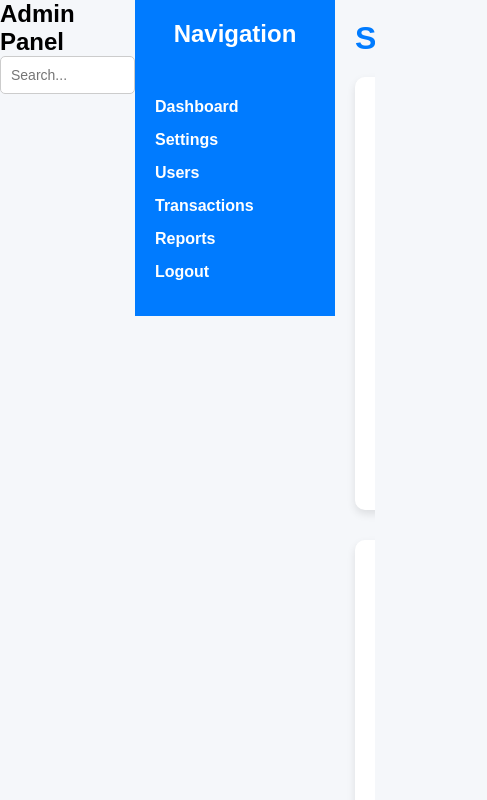
Repository: 2025silverx/slivedrX
Page: setting.html
The author's editor kept a copy of each file at every save. The page is drawn from the files as they stood at one save, then again after the next save.
The browser window is 375 px wide. The page is 375 px wide, then 487 px, so the pictures cover 487 px, including what lies to the right of the window. The pictures show the whole page.

Above is the page before, as saved 2025-01-05 00:18:11.

After the next save:
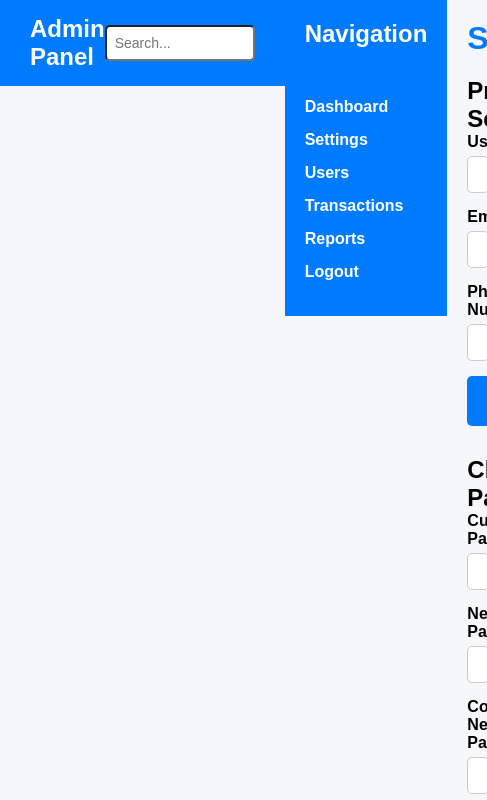
Saved 25 s later.
--- a/settings.css
+++ b/settings.css
@@ -49,10 +49,32 @@ body {
     color: #f0f0f0;
 }
 
+/* Header / Top Navigation Bar styles */
+.header {
+    width: 100%;
+    background-color: #007bff;
+    color: white;
+    padding: 15px 30px;
+    display: flex;
+    justify-content: space-between;
+    align-items: center;
+}
+
+.header-left h2 {
+    margin: 0;
+}
+
+.header-right .search-bar {
+    padding: 8px;
+    font-size: 14px;
+    border-radius: 5px;
+}
+
 /* Main content area */
 .main-content {
     flex: 1;
     padding: 30px;
+    margin-left: 250px; /* Leave space for sidebar */
     overflow-y: auto;
 }
 
@@ -61,70 +83,67 @@ h1 {
     margin-bottom: 20px;
 }
 
-/* Settings section styles */
+/* Form section styles */
 .settings-section {
-    background-color: white;
-    padding: 20px;
-    border-radius: 10px;
-    box-shadow: 0 4px 8px rgba(0, 0, 0, 0.1);
     margin-bottom: 30px;
 }
 
-.settings-section h2 {
-    color: #007bff;
+.settings-form .form-group {
     margin-bottom: 15px;
 }
 
-.settings-form {
-    display: flex;
-    flex-direction: column;
-    gap: 20px;
+.settings-form label {
+    font-weight: bold;
 }
 
-.form-group {
-    display: flex;
-    flex-direction: column;
-    gap: 8px;
+.settings-form input {
+    width: 100%;
+    padding: 10px;
+    margin-top: 5px;
+    border-radius: 5px;
+    border: 1px solid #ccc;
 }
 
-label {
-    font-size: 14px;
-    color: #555;
-}
-
-input {
-    padding: 10px;
-    font-size: 14px;
-    border: 1px solid #ccc;
-    border-radius: 5px;
-    width: 100%;
-}
-
-input[type="checkbox"] {
-    width: auto;
-}
-
-button.btn {
+.settings-form .btn {
     background-color: #007bff;
     color: white;
-    padding: 12px;
+    padding: 10px 20px;
     border: none;
     border-radius: 5px;
     cursor: pointer;
-    font-size: 16px;
 }
 
-button.btn:hover {
+.settings-form .btn:hover {
     background-color: #0056b3;
 }
 
-/* Responsive Styles */
+/* Responsive styles */
 @media (max-width: 768px) {
     .sidebar {
         width: 200px;
     }
 
     .main-content {
+        margin-left: 200px;
         padding: 20px;
     }
+
+    .header-right .search-bar {
+        width: 200px;
+    }
 }
+
+@media (max-width: 480px) {
+    .sidebar {
+        width: 100%;
+        position: static;
+    }
+
+    .main-content {
+        margin-left: 0;
+    }
+
+    .header-right .search-bar {
+        width: 150px;
+    }
+}
